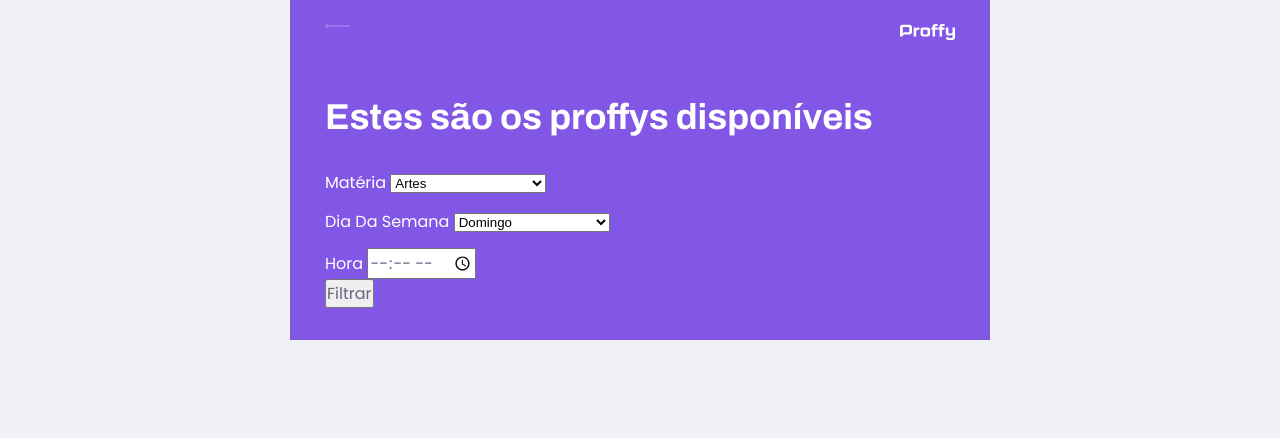
Repository: LukeVersus/NLW
Page: study.html
An editor plug-in stored every save of this project. The page is shown before and after the next save, followed by the edit.
The browser window is 1280 px wide. The pictures show the whole page.

Above is the page before, as saved 2020-08-04 22:18:46.

### study.html
<!DOCTYPE html>
<html lang="pt_br">
<head>
    <meta charset="UTF-8">
    <meta name="viewport" content="width=device-width, initial-scale=1.0">
    <title>Proffy | Sua Plataforma de Estudos Online</title>
    <link rel="stylesheet" href="/styles/main.css">
    <link rel="stylesheet" href="/styles/partials/page-study.css">
    <link href="https://fonts.googleapis.com/css2?family=Archivo:wght@400;700&amp;family=Poppins:wght@400;600&amp;display=swap" rel="stylesheet">

</head>
<body id="page-study">

    <div id="container">
        <header class="page-header">
            <div class="top-bar-container">
                <a href="/">
                    <img src="/images/icons/back.svg" alt="Voltar">
                </a>
                <img src="/images/logo.svg" alt="Proffy">
            </div>
            <div class="header-content">
                <strong>Estes são os proffys disponíveis</strong>
                <form id="search-teachers">
                    <div class="select-block">
                        <label for="subject">Matéria</label>
                        <select name="subject" id="subject">
                            <option value="" disabled="" hidden="">Selecione Uma Opção</option>
                            <option value="1">Artes</option>
                            <option value="2">Biologia</option>
                            <option value="3">Ciências</option>
                            <option value="4">Educação Física</option>
                            <option value="5">Espanhol</option>
                            <option value="6">Física</option>
                            <option value="7">Geografia</option>
                            <option value="8">História</option>
                            <option value="9">Inglês</option>
                            <option value="10">Matemática</option>
                            <option value="11">Português</option>
                            <option value="12">Química</option>
                        </select>
                    </div>
                    <div class="select-block">
                        <label for="weekday">Dia Da Semana</label>
                        <select name="weekday" id="weekday">
                            <option value="" disabled="" hidden="">Selecione Uma Opção</option>
                            <option value="1">Domingo</option>
                            <option value="2">Segunda-Feira</option>
                            <option value="3">Terça-Feira</option>
                            <option value="4">Quarta-Feira</option>
                            <option value="5">Quinta-Feira</option>
                            <option value="6">Sexta-Feira</option>
                            <option value="7">Sábado</option>
                        </select>
                    </div>
                    <div class="input-block">
                        <label for="time">Hora</label>
                        <input name="time" id="time" type="time"/>
                    </div>
                    <button type="submit">Filtrar</button>
                </form>
            </div>
        </header>
    </div>


</body>
</html>

### styles/main.css
:root{
    --color-background: #F0F0F7;
    --color-primary-lighter: #9871F5;
    --color-primary-light: #916BEA;
    --color-primary: #8257E5;
    --color-primary-dark: #774DD6;
    --color-primary-darker: #6842C2;
    --color-secondary: #04D361;
    --color-secondary-dark: #04BF58;
    --color-title-in-primary: #FFFFFF;
    --color-text-in-primary: #D4C2FF;
    --color-text-title: #32264D;
    --color-text-complement: #9C98A6;
    --color-text-base: #6A6180;
    --color-line-in-white: #E6E6F0;
    --color-input-background: #F8F8FC;
    --color-button-text: #FFFFFF;
    --color-box-base: #FFFFFF;
    --color-box-footer: #FAFAFC;
    --color-small-info: #C1BCCC;
    /*tamanho da fonte padrão: 16px - 100% - 1rem */
    font-size: 60%; /*Controle das medidas rem e % */
}

* {
    margin: 0;
    padding: 0;
    box-sizing: border-box;
}

html, body{
    height: 100vh;
}

body{
    background: var(--color-background);
    display: flex;
    align-items: center;
    justify-content: center;
}

body, input, button, textarea{
    font: 500 1.6rem Poppins;
    color: var(--color-text-base);
}

#container{
    width: 90vw;
    max-width: 700px;
}

@media (min-width: 700px){
    :root{
        font-size: 62.5%;
    }
}

### styles/partials/page-study.css
#page-study #container{
    width: 100vw;
    height: 100vh;
}

.page-header{
    background-color: var(--color-primary);
    display: flex;
    flex-direction: column;
}

.page-header .top-bar-container{
    width: 90%;
    margin: 0 auto;
    display: flex;
    align-items: center;
    justify-content: space-between;
    padding: 1.6rem 0;
}

.page-header .top-bar-container a{
    height: 3.2rem;
    transition: opacity 0.2s;
}

.page-header .top-bar-container a:hover{
    opacity: 0.6;
}

.page-header .top-bar-container img{
    height: 1.6rem;
}

.page-header .header-content{
    width: 90%;
    margin: 3.2rem auto;
}

.page-header .header-content strong{
    font: 700 3.6rem Archivo;
    line-height: 4.2rem;
    color: var(--color-title-in-primary);
}

#search-teachers{
    margin-top: 3.2rem;
}

#search-teachers label{
    color: var(--color-title-in-primary);
}

#search-teachers .select-block{
    margin-bottom: 1.4rem;
}

After the next save:
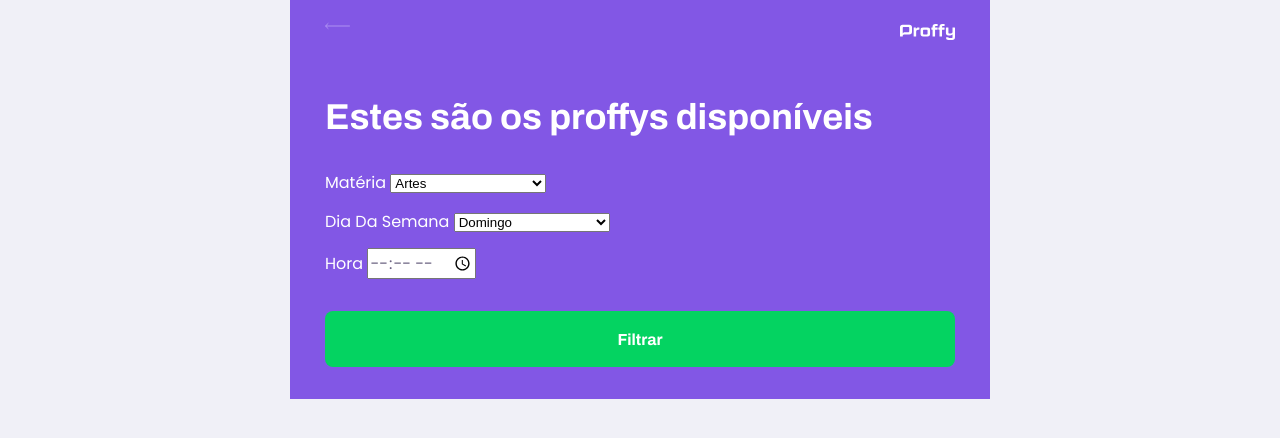
Saved 3 min 14 s later.
--- a/styles/partials/page-study.css
+++ b/styles/partials/page-study.css
@@ -53,3 +53,20 @@
 #search-teachers .select-block{
     margin-bottom: 1.4rem;
 }
+
+#search-teachers button{
+    width: 100%;
+    height: 5.6rem;
+    background: var(--color-secondary);
+    color: var(--color-button-text);
+    border: 0;
+    border-radius: 0.8rem;
+    cursor: pointer;
+    font: 700 1.6rem Archivo;
+    display: flex;
+    align-items: center;
+    justify-content: center;
+    text-decoration: none;
+    transition: background 0.2s;
+    margin-top: 3.2rem;
+}
